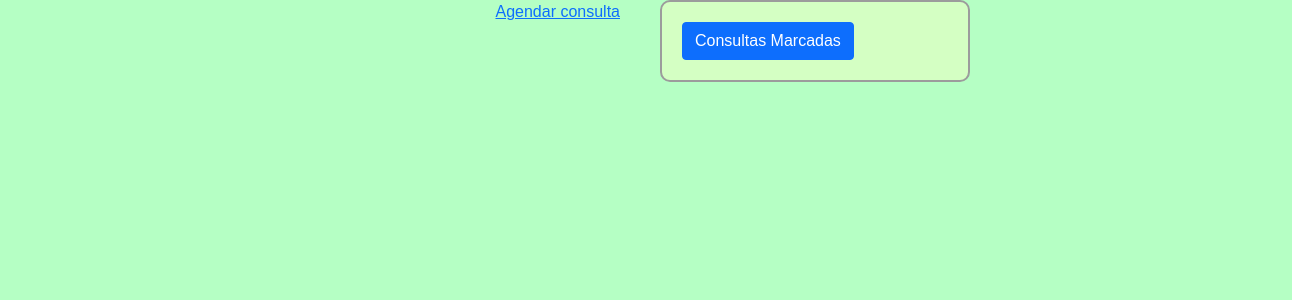
Repository: DavidCostaMariano/gsjava
Page: http://localhost/GsJava/form/opcoesAdm.jsp
An editor plug-in stored every save of this project. The page is shown before and after the next save, followed by the edit.
The browser window is 1280 px wide. The page is 1292 px wide, so the pictures cover 1292 px, including what lies to the right of the window. The pictures show the whole page.
The page is served by Tomcat 9. Other server files are loaded and not shown.

Above is the page before, as saved 2023-11-23 18:45:10.

### GsJava/src/main/webapp/form/opcoesAdm.jsp
<%@ page language="java" contentType="text/html; charset=ISO-8859-1"
    pageEncoding="ISO-8859-1"%>
<!DOCTYPE html>
<html>
<head>
<meta charset="ISO-8859-1">
<title>Administração</title>

	<link rel="stylesheet" type="text/css" href="../css/estilo.css" />

<link href="https://cdn.jsdelivr.net/npm/bootstrap@5.0.2/dist/css/bootstrap.min.css" rel="stylesheet"
	integrity="sha384-EVSTQN3/azprG1Anm3QDgpJLIm9Nao0Yz1ztcQTwFspd3yD65VohhpuuCOmLASjC" crossorigin="anonymous">
</head>
<body>
<div class="row">
			<div class="col-6 d-flex justify-content-end">
				<div class="me-2">
					<a href="formAgendarConsulta.jsp">Agendar consulta</a>
				</div>
			</div>
			<div class="col-6">
				<div class="ms-2">
				<form method="get" action="../listarConsultas">
					<button class="btn btn-primary h-100">Consultas Marcadas</button>
				</form>
				</div>
			</div>
		</div>
	<script
		src="https://cdn.jsdelivr.net/npm/bootstrap@5.0.2/dist/js/bootstrap.bundle.min.js"
		integrity="sha384-MrcW6ZMFYlzcLA8Nl+NtUVF0sA7MsXsP1UyJoMp4YLEuNSfAP+JcXn/tWtIaxVXM"
		crossorigin="anonymous"></script>

</body>
</html>

### GsJava/src/main/webapp/css/estilo.css
@charset "ISO-8859-1";

body {
    height: 100vh;
    background-color: #54ff776e!important;
}

*,
*:before,
*:after {
    margin: 0;
    padding: 0;
    font-family: Arial, sans-serif;
}
select{
    padding: 10px;
    border-radius: 5px;
}
/* remove a linha dos links */
a {
    text-decoration: none;
}
/* esconde as ancoras da tela */
a.links {
    display: none;
}
form{
    width: 50%;
    border: 2px #9c9c9c solid;
    border-radius: 10px;
    padding: 20px;
    background-color: #fdffc06e;
}
.container {
    height: 100%;
    display: flex;
    justify-content: center;
    align-items: center;
}

.content {
    width: 500px;
    min-height: 560px;
    margin: 0px auto;
    position: relative;
}

h1 {
    font-size: 48px;
    color: #066a75;
    padding: 2px 0 10px 0;
    font-family: Arial, sans-serif;
    font-weight: bold;
    text-align: center;
    padding-bottom: 30px;
}

/* h1:after {
    content: ' ';
    display: block;
    width: 100%;
    height: 2px;
    margin-top: 10px;
    background: -webkit-linear-gradient(left, rgba(147, 184, 189, 0) 0%, rgba(147, 184, 189, 0.8) 20%, rgba(147, 184, 189, 1) 53%, rgba(147, 184, 189, 0.8) 79%, rgba(147, 184, 189, 0) 100%);
    background: linear-gradient(left, rgba(147, 184, 189, 0) 0%, rgba(147, 184, 189, 0.8) 20%, rgba(147, 184, 189, 1) 53%, rgba(147, 184, 189, 0.8) 79%, rgba(147, 184, 189, 0) 100%);
}
 */
p {
    margin-bottom: 15px;
}

.content p:first-child {
    margin: 0px;
}

label {
    color: #405c60;
    position: relative;
}

/* placeholder */
::-webkit-input-placeholder {
    color: #bebcbc;
    font-style: italic;
}

input:-moz-placeholder,
textarea:-moz-placeholder {
    color: #bebcbc;
    font-style: italic;
}

input {
    outline: none;
}

/*estilo dos input,  menos o checkbox */
input:not([type="checkbox"]) {
    width: 95%;
    margin-top: 4px;
    padding: 10px;
    border: 1px solid #b2b2b2;

    -webkit-border-radius: 3px;
    border-radius: 3px;

    -webkit-box-shadow: 0px 1px 4px 0px rgba(168, 168, 168, 0.6) inset;
    box-shadow: 0px 1px 4px 0px rgba(168, 168, 168, 0.6) inset;

    -webkit-transition: all 0.2s linear;
    transition: all 0.2s linear;
}

/*estilo do botão submit */
input[type="submit"] {
    width: 100% !important;
    cursor: pointer;
    background: rgb(61, 157, 179);
    padding: 8px 5px;
    color: #fff;
    font-size: 20px;
    border: 1px solid #fff;
    margin-bottom: 10px;
    text-shadow: 0 1px 1px #333;

    -webkit-border-radius: 5px;
    border-radius: 5px;

    transition: all 0.2s linear;
}

/*estilo do botão submit no hover */
input[type="submit"]:hover {
    background: #4ab3c6;
}

.link {
    position: absolute;
    background: #e1eaeb;
    color: #7f7c7c;
    left: 0px;
    height: 20px;
    width: 440px;
    padding: 17px 30px 20px 30px;
    font-size: 16px;
    text-align: right;
    border-top: 1px solid #dbe5e8;

    -webkit-border-radius: 0 0 5px 5px;
    border-radius: 0 0 5px 5px;
}

.link a {
    font-weight: bold;
    background: #f7f8f1;
    padding: 6px;
    color: rgb(29, 162, 193);
    margin-left: 10px;
    border: 1px solid #cbd518;

    -webkit-border-radius: 4px;
    border-radius: 4px;

    -webkit-transition: all 0.4s linear;
    transition: all 0.4s linear;
}

.link a:hover {
    color: #39bfd7;
    background: #f7f7f7;
    border: 1px solid #4ab3c6;
}

#cadastro,
#login {
    position: absolute;
    padding: 18px 6% 60px 6%;
    margin: 0 0 35px 0;
    background: #f7f7f7;
    border: 1px solid rgba(147, 184, 189, 0.8);
    border-radius: 5px;
}

/* Efeito ao clicar no botão ( Ir para Login ) */
#paracadastro:target~.content #cadastro,
#paralogin:target~.content #login {
    z-index: 2;
    -webkit-animation-name: fadeInLeft;
    animation-name: fadeInLeft;

    -webkit-animation-delay: .1s;
    animation-delay: .1s;
}

/* Efeito ao clicar no botão ( Cadastre-se ) */
#registro:target~.content #login,
#paralogin:target~.content #cadastro {
    -webkit-animation-name: fadeOutLeft;
    animation-name: fadeOutLeft;
}

/*fadeInLeft*/
@-webkit-keyframes fadeInLeft {
    0% {
        opacity: 0;
        -webkit-transform: translateX(-20px);
    }

    100% {
        opacity: 1;
        -webkit-transform: translateX(0);
    }
}

@keyframes fadeInLeft {
    0% {
        opacity: 0;
        transform: translateX(-20px);
    }

    100% {
        opacity: 1;
        transform: translateX(0);
    }
}

/*fadeOutLeft*/
@-webkit-keyframes fadeOutLeft {
    0% {
        opacity: 1;
        -webkit-transform: translateX(0);
    }

    100% {
        opacity: 0;
        -webkit-transform: translateX(-20px);
    }
}

@keyframes fadeOutLeft {
    0% {
        opacity: 1;
        transform: translateX(0);
    }

    100% {
        opacity: 0;
        transform: translateX(-20px);
    }
}

After the next save:
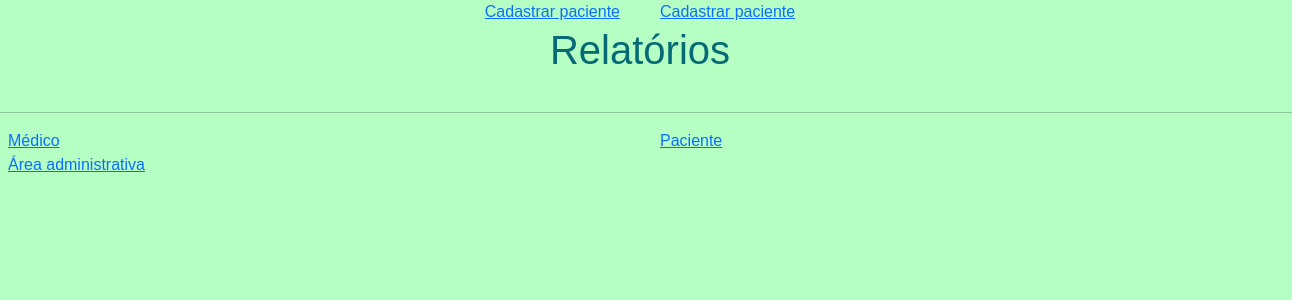
Saved 12 min 44 s later.
--- a/GsJava/src/main/webapp/form/opcoesAdm.jsp
+++ b/GsJava/src/main/webapp/form/opcoesAdm.jsp
@@ -1,31 +1,47 @@
 <%@ page language="java" contentType="text/html; charset=ISO-8859-1"
-    pageEncoding="ISO-8859-1"%>
+	pageEncoding="ISO-8859-1"%>
 <!DOCTYPE html>
 <html>
 <head>
 <meta charset="ISO-8859-1">
 <title>Administração</title>
-
-	<link rel="stylesheet" type="text/css" href="../css/estilo.css" />
-
-<link href="https://cdn.jsdelivr.net/npm/bootstrap@5.0.2/dist/css/bootstrap.min.css" rel="stylesheet"
-	integrity="sha384-EVSTQN3/azprG1Anm3QDgpJLIm9Nao0Yz1ztcQTwFspd3yD65VohhpuuCOmLASjC" crossorigin="anonymous">
+<link rel="stylesheet" type="text/css" href="../css/estilo.css" />
+<link
+	href="https://cdn.jsdelivr.net/npm/bootstrap@5.0.2/dist/css/bootstrap.min.css"
+	rel="stylesheet"
+	integrity="sha384-EVSTQN3/azprG1Anm3QDgpJLIm9Nao0Yz1ztcQTwFspd3yD65VohhpuuCOmLASjC"
+	crossorigin="anonymous">
 </head>
 <body>
-<div class="row">
-			<div class="col-6 d-flex justify-content-end">
-				<div class="me-2">
-					<a href="formAgendarConsulta.jsp">Agendar consulta</a>
-				</div>
-			</div>
-			<div class="col-6">
-				<div class="ms-2">
-				<form method="get" action="../listarConsultas">
-					<button class="btn btn-primary h-100">Consultas Marcadas</button>
-				</form>
-				</div>
+	<div class="row">
+		<div class="col-6 d-flex justify-content-end">
+			<div class="me-2">
+				<a href="formAgendarConsulta.jsp">Cadastrar paciente</a>
 			</div>
 		</div>
+		<div class="col-6">
+			<div class="ms-2">
+				<a href="formAgendarConsulta.jsp">Cadastrar paciente</a>
+			</div>
+		</div>
+		<h1>Relatórios</h1>
+		<hr>
+		<div class="col-6">
+			<div class="ms-2">
+				<a href="formAgendarConsulta.jsp">Médico</a>
+			</div>
+		</div>
+		<div class="col-6">
+			<div class="ms-2">
+				<a href="formAgendarConsulta.jsp">Paciente</a>
+			</div>
+		</div>
+		<div class="col-6">
+			<div class="ms-2">
+				<a href="formAgendarConsulta.jsp">Área administrativa</a>
+			</div>
+		</div>
+	</div>
 	<script
 		src="https://cdn.jsdelivr.net/npm/bootstrap@5.0.2/dist/js/bootstrap.bundle.min.js"
 		integrity="sha384-MrcW6ZMFYlzcLA8Nl+NtUVF0sA7MsXsP1UyJoMp4YLEuNSfAP+JcXn/tWtIaxVXM"
